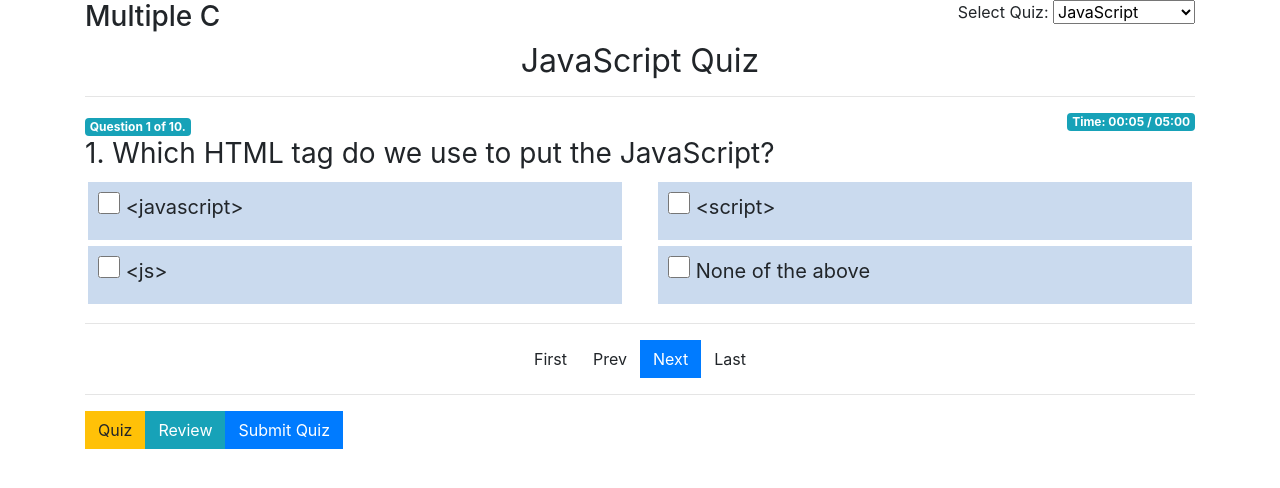
Repository: 2016272041/Online-Ass-Test1-
Page: /
The author's editor kept a copy of each file at every save. The page is drawn from the files as they stood at one save, then again after the next save.
The browser window is 1280 px wide. The pictures show the whole page.
The project was rebuilt for these pictures with package versions that can differ from the ones it lists, and the page was loaded fresh each time. Also part of the build but not shown: angular.json.

Above is the page before, as saved 2019-07-23 15:32:29.

After the next save:
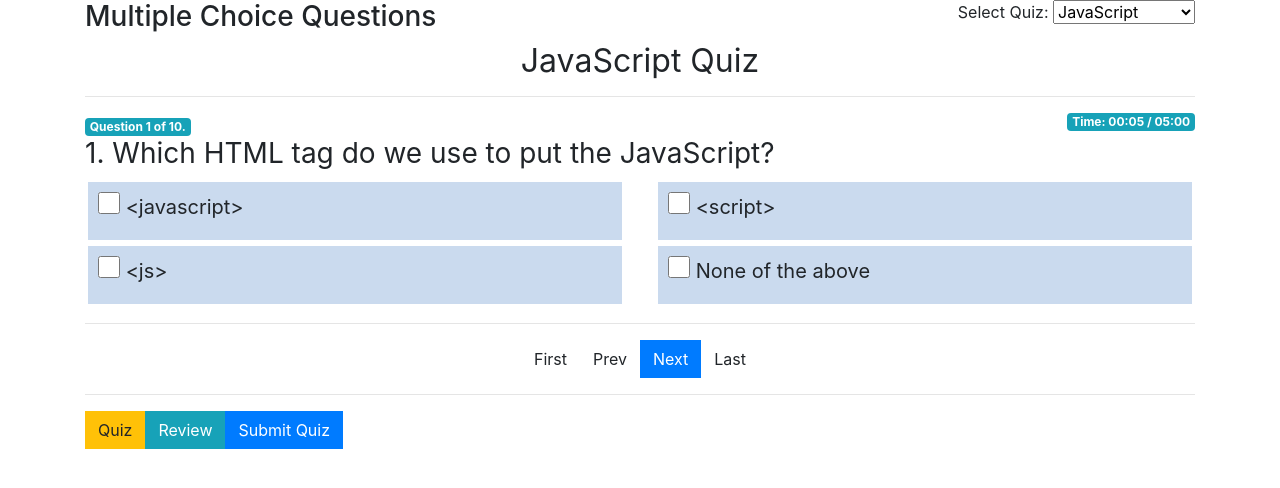
Saved 29 s later.
--- a/src/app/quiz/quiz.component.html
+++ b/src/app/quiz/quiz.component.html
@@ -1,6 +1,6 @@
 <div class="row">
   <div class="col-6">
-    <h3>Multiple C</h3>
+    <h3>Multiple Choice Questions</h3>
   </div>
   <div class="col-6 text-right">
     Select Quiz:
